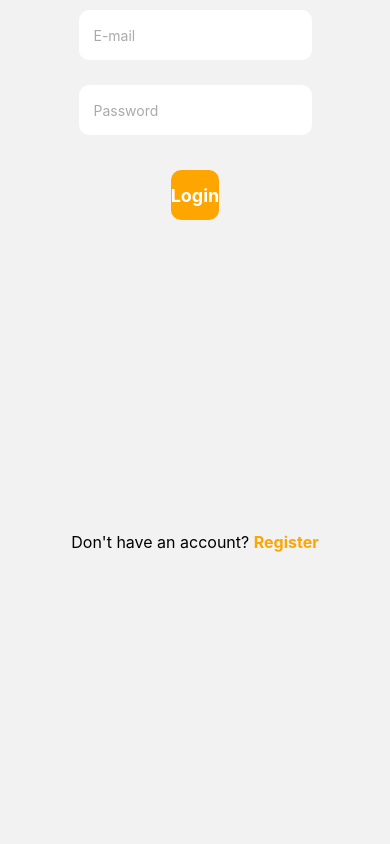
Repository: ds-mbappe/UpShoCal
Screen: /Login
An editor plug-in stored every save of this project. The screen is shown before and after the next save, followed by the edit.
The app was drawn by React Native's web renderer in a window 390 px wide. The project was rebuilt for these pictures with package versions that can differ from the ones it lists, and the page was loaded fresh each time. Also part of the build but not shown: data.js, Screens/Home.js, Screens/Product.js, Screens/Registration.js.

Above is the screen before, as saved 2022-06-07 13:20:45.

After the next save:
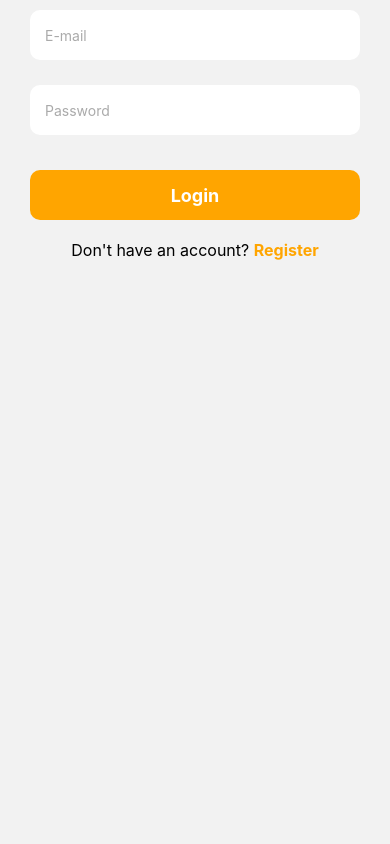
Saved 15 s later.
--- a/Screens/Login.js
+++ b/Screens/Login.js
@@ -23,14 +23,7 @@ const Login = ({ navigation }) => {
 
   return (
     <View style={styles.container}>
-      <ScrollView
-        contentContainerStyle={{
-          flex: 1,
-          width: "100%",
-          justifyContent: "center",
-          alignItems: "center",
-        }}
-      >
+      <ScrollView style={{ flex: 1, width: "100%" }}>
         <TextInput
           style={styles.input}
           placeholder="E-mail"
